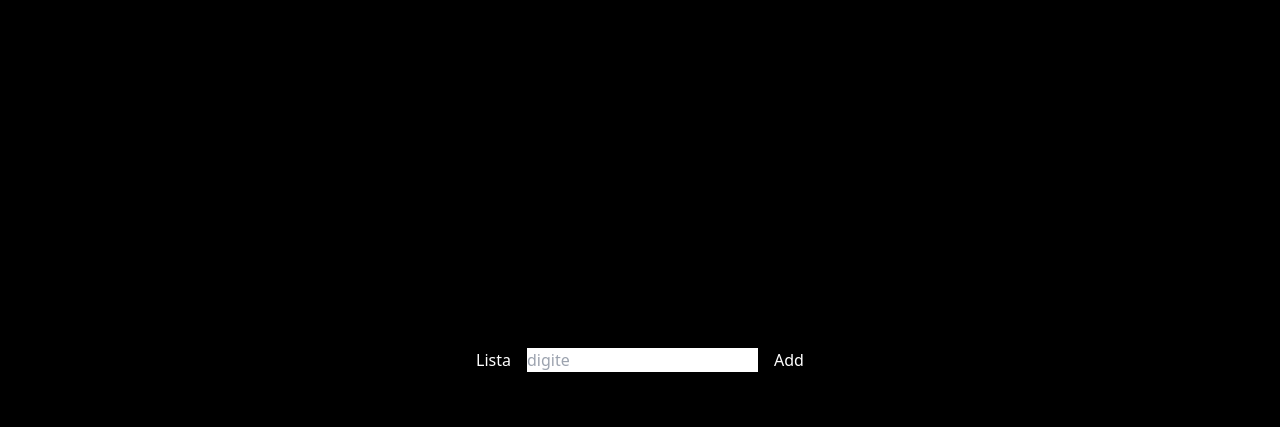
Repository: LuisSempre/FundamentosReact
Page: /
These files come from the project's save history. The page is drawn as it stood at one moment and after a run of saves; the edit follows.
The browser window is 1280 px wide. The pictures show the whole page.
The project was rebuilt for these pictures with package versions that can differ from the ones it lists, and the page was loaded fresh each time. Also part of the build but not shown: vite.config.js.

Above is the page before, as saved 2022-06-28 17:22:52.

### src/main.jsx
import React from 'react'
import ReactDOM from 'react-dom/client'
import { Home } from './pages/Home'
import './index.css'

ReactDOM.createRoot(document.getElementById('root')).render(
  <React.StrictMode>
    <Home />
  </React.StrictMode>
)

### src/pages/Home.jsx
export function Home() {
  return (
    <div className="min-h-screen bg-black flex space-x-4 items-center justify-center text-white">
      <div>
        <h1>Lista</h1>
      </div>
      <div>
        <input type="text" placeholder="digite" />
      </div>
      <div>
        <button>Add</button>
      </div>
    </div>
  );
}

Loaded but not shown: index.html (common file); src/index.css (common file); tailwind.config.js (common file)

After the next 2 saves:
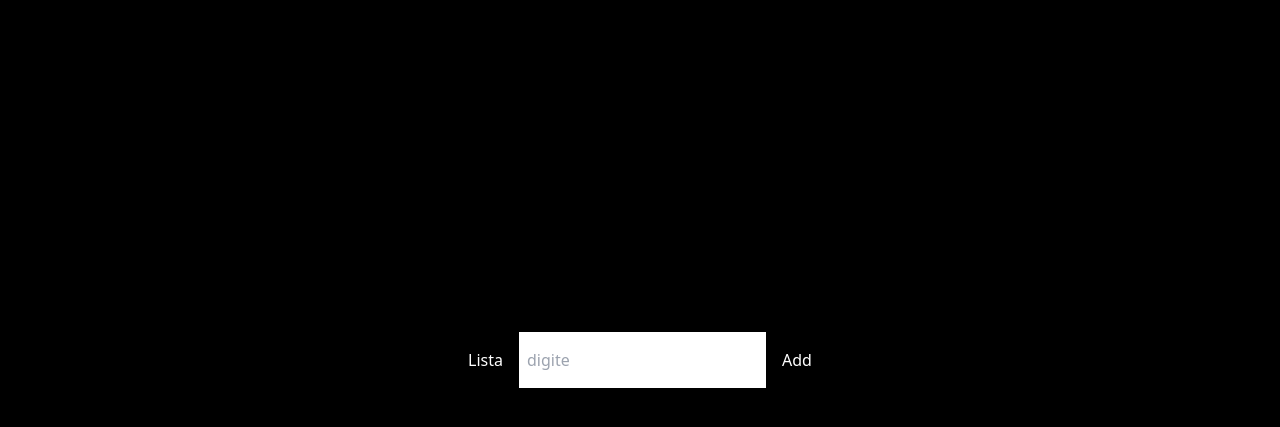
The 2 saves are shown as one change because they came seconds apart.
The last was saved 45 s later.
--- a/src/pages/Home.jsx
+++ b/src/pages/Home.jsx
@@ -5,7 +5,7 @@ export function Home() {
         <h1>Lista</h1>
       </div>
       <div>
-        <input type="text" placeholder="digite" />
+        <input className="px-2 py-4" type="text" placeholder="digite" />
       </div>
       <div>
         <button>Add</button>
